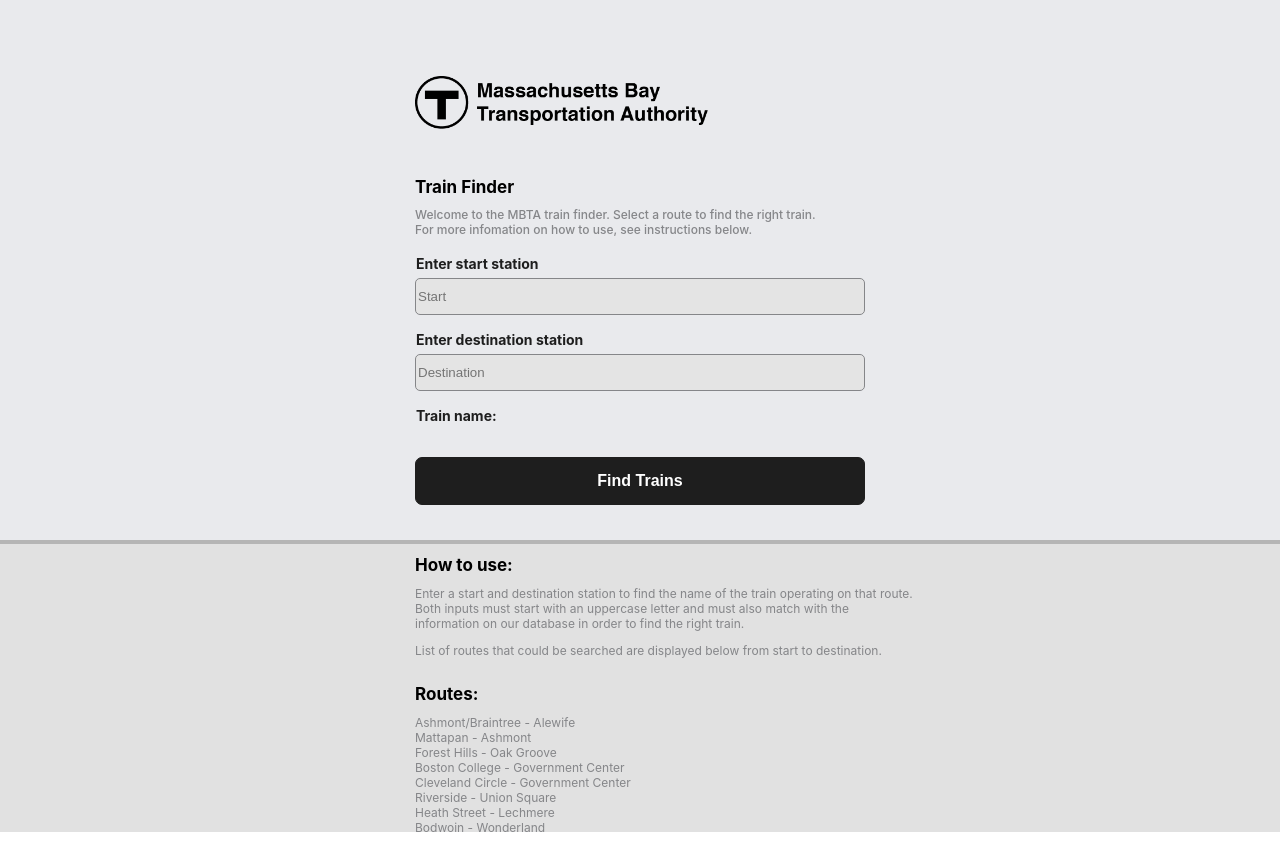
Repository: jumadesigns/mbta-train-finder
Page: / (app in mbta-app/)
The author's editor kept a copy of each file at every save. The page is drawn from the files as they stood at one save, then again after a run of saves.
The browser window is 1280 px wide. The pictures show the whole page.
The page's requests for data from a server got no answer. The project was rebuilt for these pictures with package versions that can differ from the ones it lists, and the page was loaded fresh each time. No one was signed in, and anything a server would have sent is missing.

Above is the page before, as saved 2022-09-27 00:01:49.

After the next 2 saves:
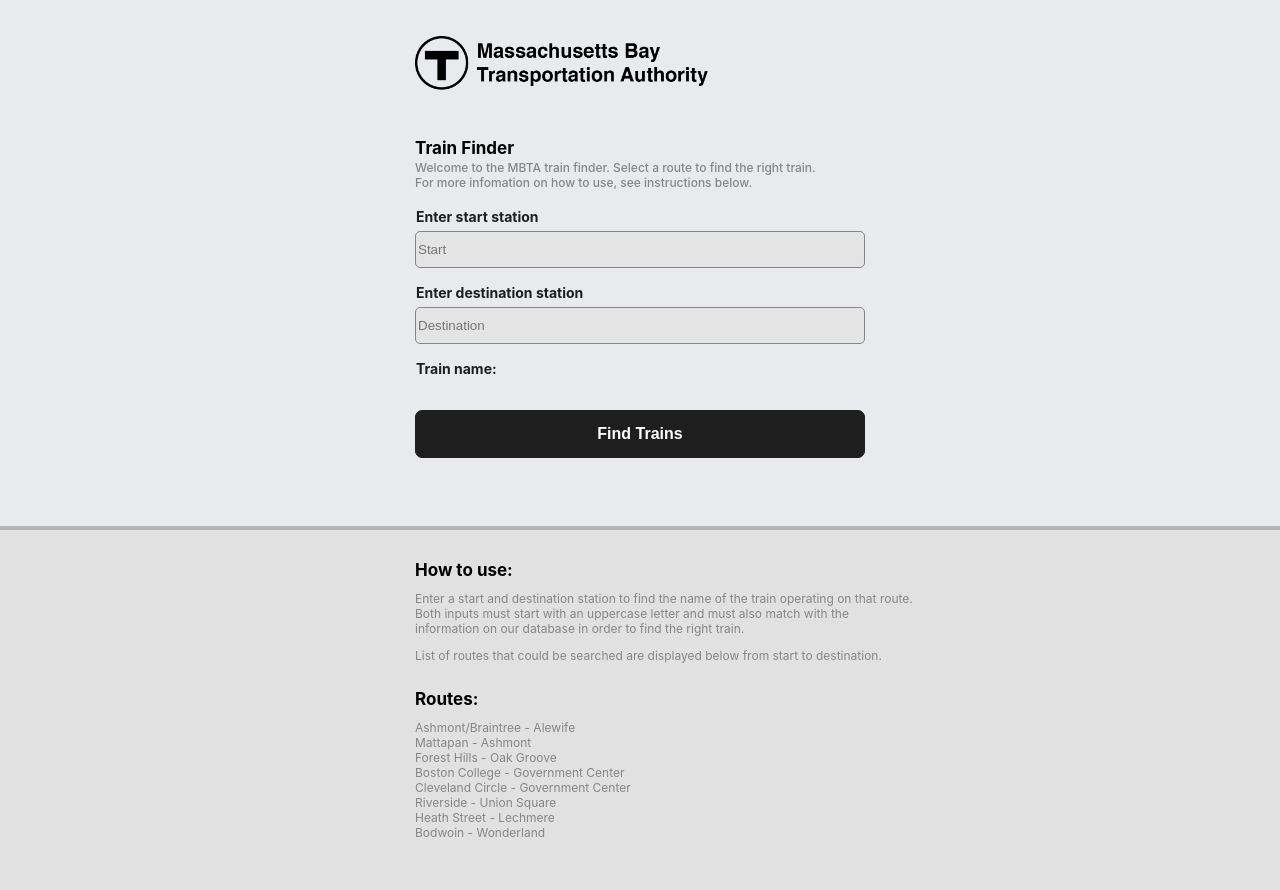
The 2 saves are shown as one change because they came seconds apart.
The last was saved 81 s later.
--- a/mbta-app/src/index.css
+++ b/mbta-app/src/index.css
@@ -30,7 +30,7 @@
   font-size: 12px;
   font-weight: 500;
   text-align: left;
-  margin-top: -1vh;
+  margin-top: -2vh;
 }
 
 .input-div {
@@ -39,14 +39,13 @@
   justify-content: center;
   align-items: center;
   background-color: #e9eaed;
-  height: 75vh;
 }
 
 .input-container {
   margin-top: 2vh;
-  height: 50vh;
+  height: 55vh;
   width: 450px;
-  margin-bottom: 12vh;
+  margin-bottom: 16vh;
 }
 
 .mbta-input-container {
@@ -120,7 +119,7 @@
   width: 100%;
   background-color: #e1e1e1;
   border-top: 4px #b5b5b5 solid;
-  height: 40vh;
+  height: 50vh;
   display: flex;
   flex-direction: column;
   justify-content: center;
@@ -128,12 +127,10 @@
 }
 
 .bottom-center-div {
-  height: 400px;
+  height: 350px;
+
   width: 450px;
-  margin-top: -10px;
-  top: 40%;
-  position: static;
-  /*background-color: blue;*/
+  margin-top: -3vh;
 }
 
 .bottom-section-title-1 {
